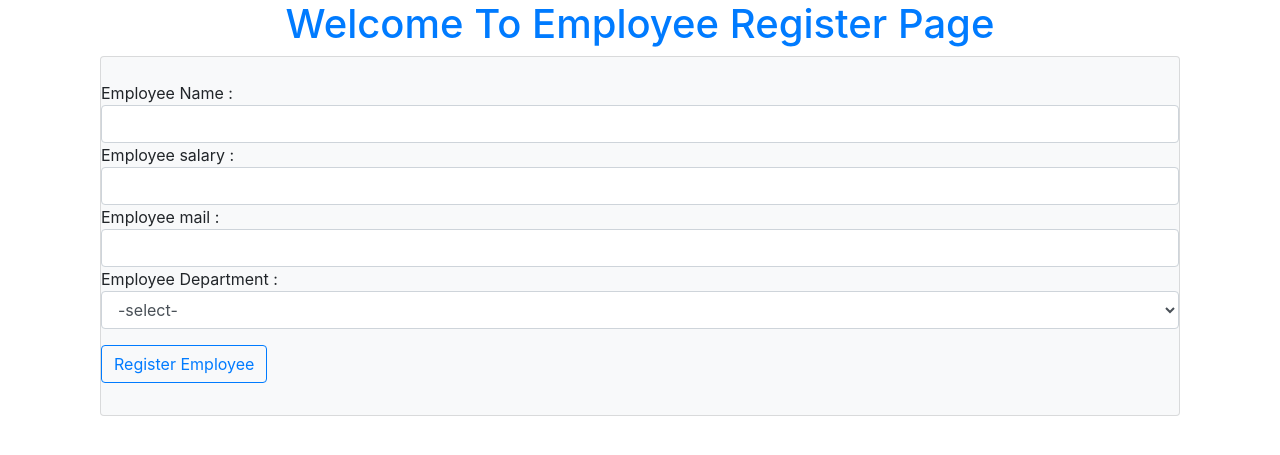
Repository: lokeshsukhwal/EmployeeMiniProject
Page: http://localhost/EmployeeRegister
An editor plug-in stored every save of this project. The page is shown before and after the next save, followed by the edit.
The browser window is 1280 px wide. The pictures show the whole page.
The page is this project's Thymeleaf template; nobody is signed in. The template is opened directly, without the code that normally fills it, so the values that code supplies are empty.

Above is the page before, as saved 2023-01-18 10:34:55.

After the next save:
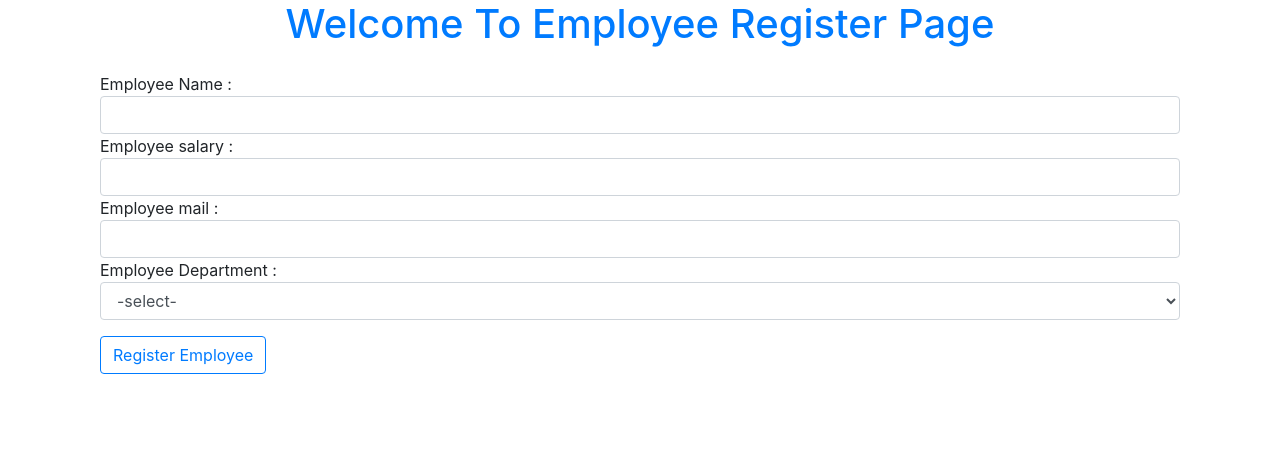
Saved 45 s later.
--- a/SpringBootMvc-ThymeleafMySqlCrudMiniProject/src/main/resources/templates/EmployeeRegister.html
+++ b/SpringBootMvc-ThymeleafMySqlCrudMiniProject/src/main/resources/templates/EmployeeRegister.html
@@ -10,7 +10,7 @@
 <div class="container">
 	<h1 class=" text-primary text-center">Welcome To Employee Register Page</h1>
 	<div class="container">
-		<div class="card bg-light">
+		<div>
 		<form th:action="@{/employee/save}" method="POST" class="mt-4 form">
 
 			Employee Name : <input type="text" name="empName"class="form-control">
@@ -34,7 +34,6 @@
 		<h4 th:text="${message}" class="bg-success text-white mt-4 text-center"></h4>
 	</div>
 	</div>
-	</div>
 
 </body>
 </html>
